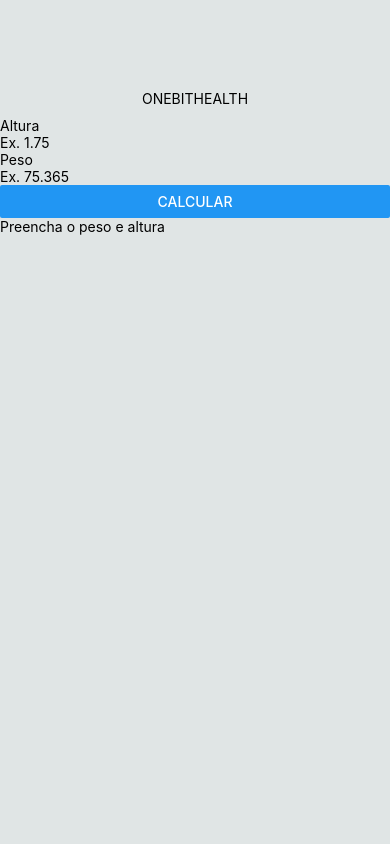
Repository: GustavoMSevero/onebithealth
Screen: /
These files come from the project's save history. The screen is drawn as it stood at one moment and after the next save; the edit follows.
The app was drawn by React Native's web renderer in a window 390 px wide. The project was rebuilt for these pictures with package versions that can differ from the ones it lists, and the page was loaded fresh each time.

Above is the screen before, as saved 2024-09-06 16:10:15.

### App.js
import { StyleSheet, View } from 'react-native';
import Title from './src/components/Title';
import Main from './src/components/Main';

export default function App() {
  return (
    <View style={styles.container}>
      <Title />
      <Main />
    </View>
  );
}

const styles = StyleSheet.create({
  container: {
    flex: 1,
    backgroundColor: '#e0e5e5',
    paddingTop: 80,
  },
});

### src/components/Title/index.js
import React from "react";
import { View, Text } from "react-native";
import styles from "./style";

export default function Title() {
    return(
        <View style={styles.boxTitle}>
            <Text>ONEBITHEALTH</Text>
        </View>
    );
}

### src/components/Main/index.js
import React from "react";
import { View } from "react-native";
import Form from "../Form";

export default function Main() {
    return(
        <View>
            <Form />
        </View>
    );
}

### src/components/Title/style.js
import { StyleSheet } from 'react-native';

const style = StyleSheet.create({
    boxTitle: {
        alignItems: "center",
        justifyContent: "center",
        padding: 10,
    },
    textTitle: {
        color: "#FF0043",
        fontSize: 24,
        fontWeight: "bold",
    }
});

export default style;

### src/components/Form/index.js
import React, { useState } from "react";
import { TextInput, View, Text, Button } from "react-native";
import ResultImc from "./ResultImc";

export default function Form() {

    const [height, setHeight] = useState(null)
    const [weight, setWeigth] = useState(null)
    const [messageImc, setMessageImc] = useState("Preencha o peso e altura")
    const [imc, setImc] = useState(null)
    const [textButton, setTextButton] = useState("Calcular")

    function imcCalculator() {
        // return setImc((weight/(height*height)).toFixed(2));
        return setImc(((height*height)/weight));
    }

    function validationImc() {
        if(weight != null && height != null) {
            imcCalculator()
            setHeight(null)
            setWeigth(null)
            setMessageImc("Se imc é igual: ")
            setTextButton("Calcular novamente")
            return
        }
        setImc(null)
        setTextButton("Calcular")
        setMessageImc("Preencha o peso e altura")
    }

    return(
        <View>
            <View>

                <Text>Altura</Text>
                <TextInput
                    onChange={setHeight}
                    value={height}
                    placeholder="Ex. 1.75"
                    keyboardType="numeric"
                />

                <Text>Peso</Text>
                <TextInput
                    onChange={setWeigth}
                    value={weight}
                    placeholder="Ex. 75.365"
                    keyboardType="numeric"
                />
                <Button
                    onPress={() => validationImc()}
                    title={textButton}
                />
            </View>
            <ResultImc messageResultImc={messageImc} resultImc={imc} />
        </View>
    );
}

### src/components/Form/ResultImc/index.js
import React from "react";
import { View, Text } from "react-native";

export default function ResultImc(props) {
    return(
        <View>
            <Text>{props.messageResultImc}</Text>
            <Text>{props.resultImc}</Text>
        </View>
    );
}

After the next save:
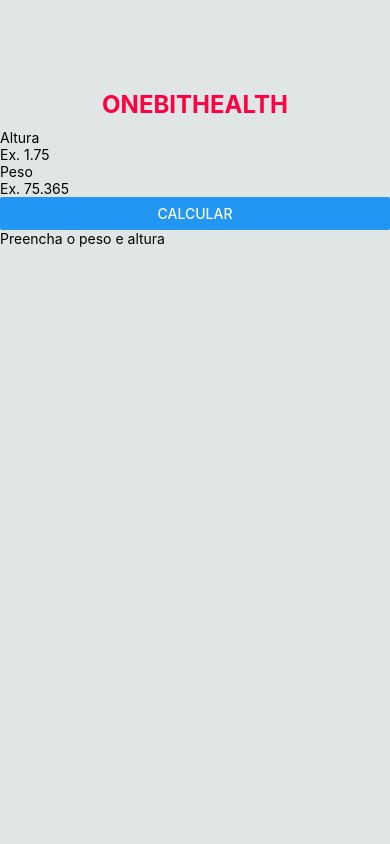
Saved 19 s later.
--- a/src/components/Title/index.js
+++ b/src/components/Title/index.js
@@ -5,7 +5,7 @@
 export default function Title() {
     return(
         <View style={styles.boxTitle}>
-            <Text>ONEBITHEALTH</Text>
+            <Text style={styles.textTitle}>ONEBITHEALTH</Text>
         </View>
     );
 }
